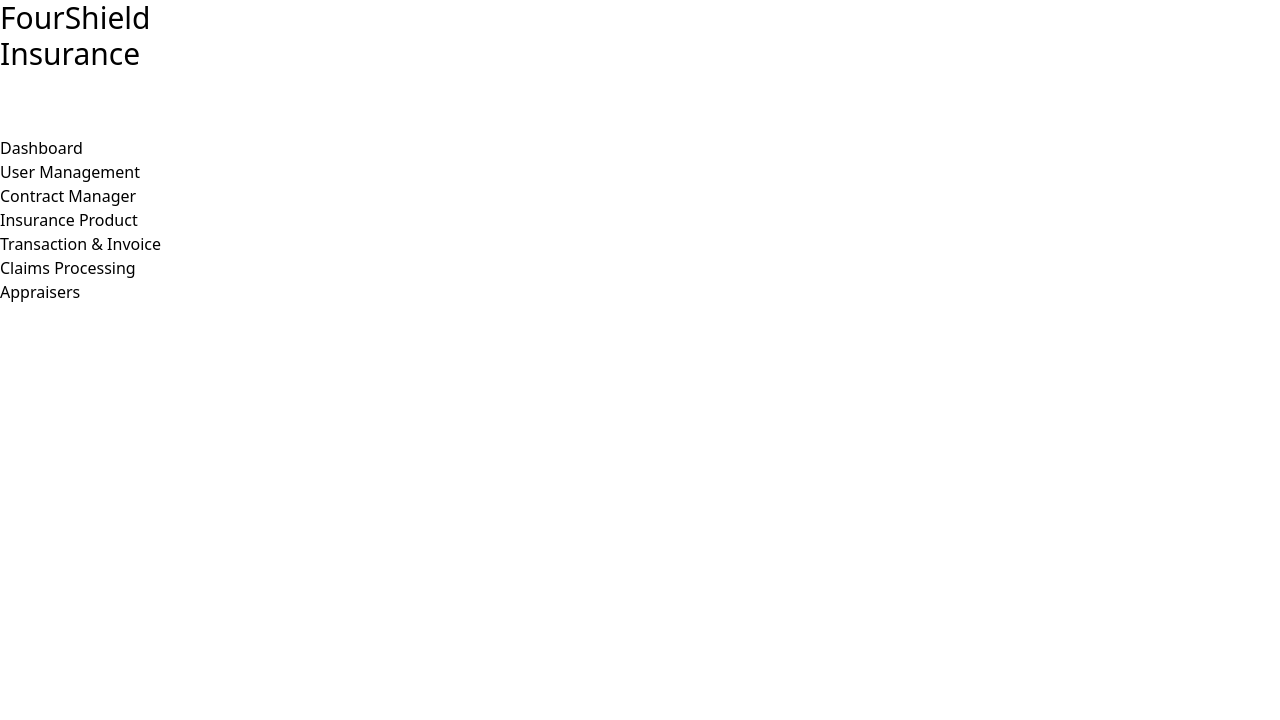
Repository: MockProject9920/MockProject_022025_Nhom4
Page: / (app in frontend/)
The author's editor kept a copy of each file at every save. The page is drawn from the files as they stood at one save, then again after a run of saves.
The browser window is 1280 px wide. The pictures show the whole page.
The project was rebuilt for these pictures with package versions that can differ from the ones it lists, and the page was loaded fresh each time. Also part of the build but not shown: frontend/vite.config.js.

Above is the page before, as saved 2025-03-12 14:10:57.

After the next 2 saves:
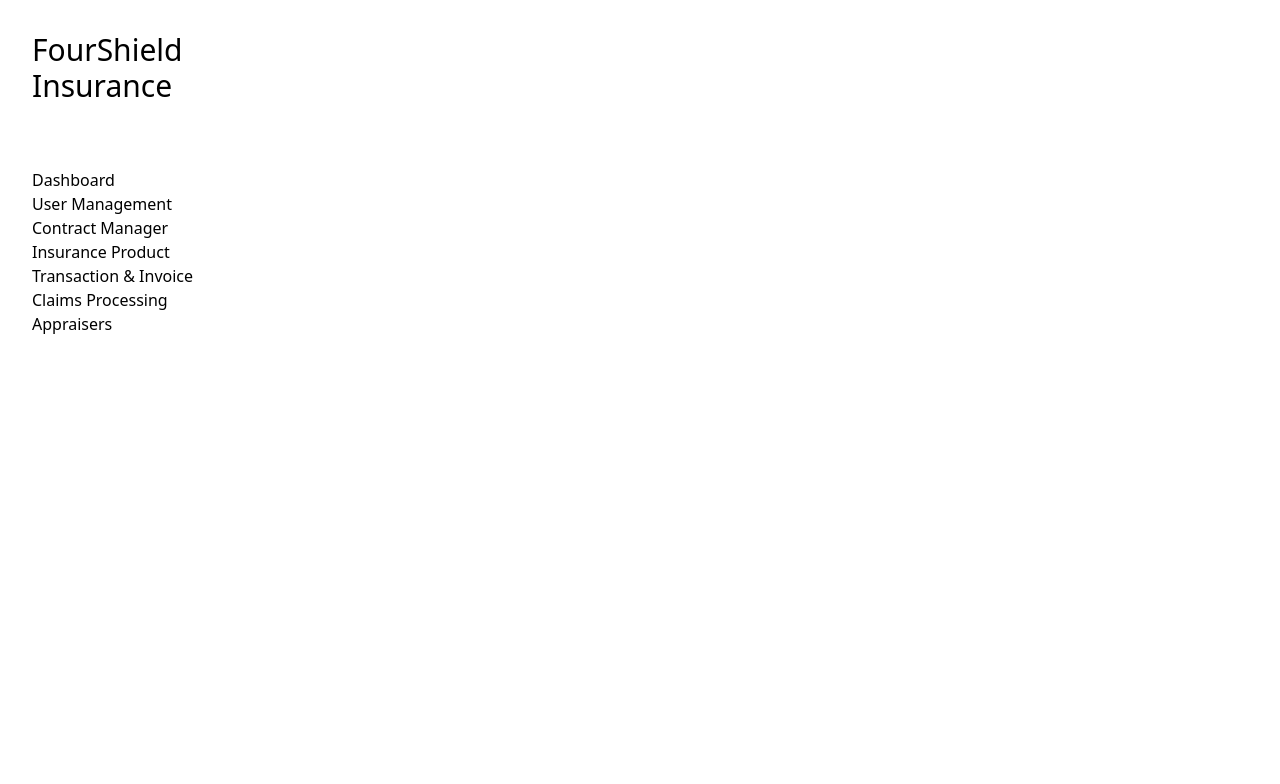
The 2 saves are shown as one change because they came seconds apart.
The last was saved 20 s later.
--- a/frontend/src/components/AdminSidebar.jsx
+++ b/frontend/src/components/AdminSidebar.jsx
@@ -14,7 +14,7 @@ function AdminSidebar() {
     }));
   };
   return (
-    <div className="space-y-16 h-screen w-60">
+    <div className="space-y-16 h-screen w-60 m-8">
       <p className="text-3xl">FourShield Insurance</p>
       <div>
         <p>Dashboard</p>
